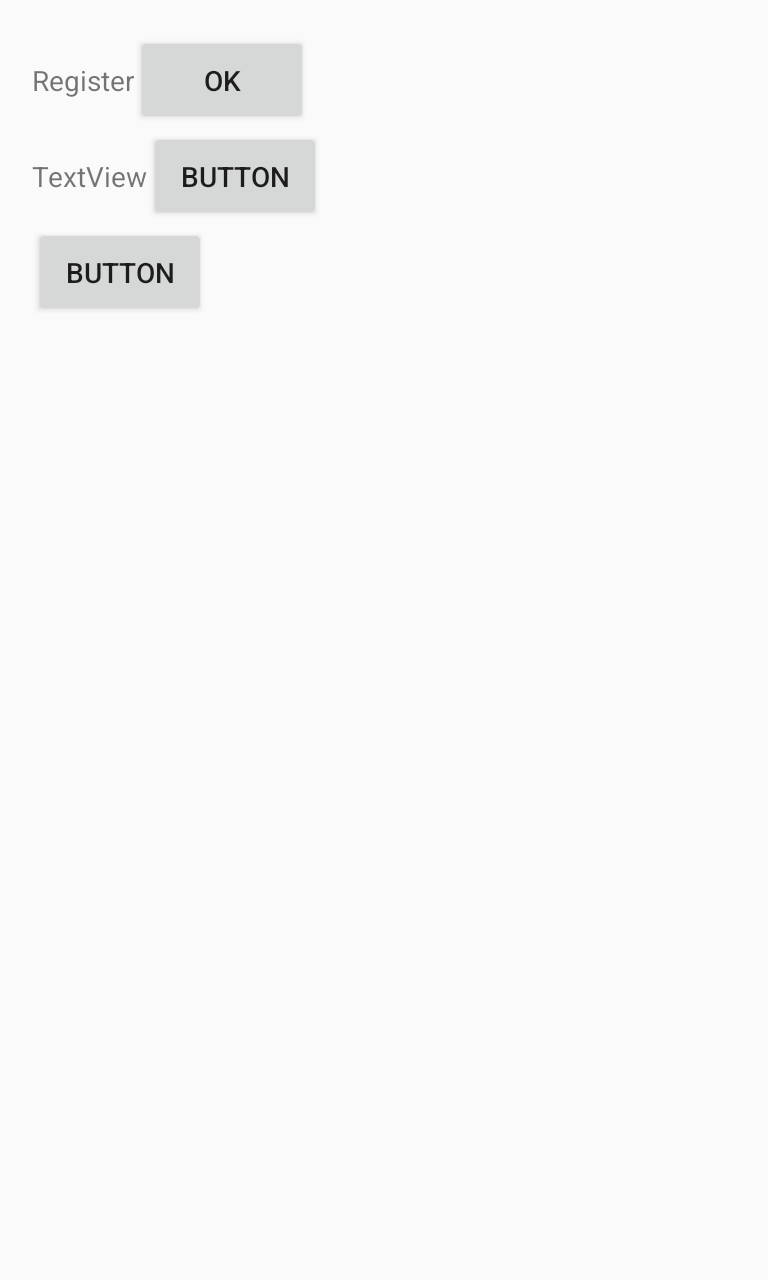
Repository: shivamgeek/Android-Code-Examples
Layout: Register/res/layout/activity_reg_log.xml
The author's editor kept a copy of each file at every save. The layout is drawn from the files as they stood at one save, then again after the next save.
It is drawn on a 768 x 1280 px phone screen (xhdpi) without system bars, with theme AppTheme; the app's code is not run.

Above is the layout before, as saved 2015-07-30 13:18:25.

### Register/res/layout/activity_reg_log.xml
<LinearLayout xmlns:android="http://schemas.android.com/apk/res/android"
    xmlns:tools="http://schemas.android.com/tools"
    android:layout_width="match_parent"
    android:layout_height="match_parent"
    android:orientation="vertical"
    android:paddingBottom="@dimen/activity_vertical_margin"
    android:paddingLeft="@dimen/activity_horizontal_margin"
    android:paddingRight="@dimen/activity_horizontal_margin"
    android:paddingTop="@dimen/activity_vertical_margin"
    tools:context="com.example.register.RegLog" >

    <LinearLayout
        android:layout_width="match_parent"
        android:layout_height="wrap_content" >

        <TextView
            android:id="@+id/textView1"
            android:layout_width="wrap_content"
            android:layout_height="wrap_content"
            android:text="Register" />

        <Button
            android:id="@+id/button1"
            android:layout_width="wrap_content"
            android:layout_height="wrap_content"
            android:text="@string/click" />

    </LinearLayout>

    <LinearLayout
        android:layout_width="match_parent"
        android:layout_height="wrap_content" >

        <TextView
            android:id="@+id/textView2"
            android:layout_width="wrap_content"
            android:layout_height="wrap_content"
            android:text="TextView" />

        <Button
            android:id="@+id/button2"
            android:layout_width="wrap_content"
            android:layout_height="wrap_content"
            android:text="Button" />

    </LinearLayout>

    <LinearLayout
        android:layout_width="match_parent"
        android:layout_height="wrap_content" >
    </LinearLayout>

    <Button
        android:id="@+id/button3"
        android:layout_width="wrap_content"
        android:layout_height="wrap_content"
        android:text="Button" />

</LinearLayout>

### Register/res/values/strings.xml
<?xml version="1.0" encoding="utf-8"?>
<resources>

    <string name="app_name">Register</string>
    <string name="hello_world">Hello world!</string>
    <string name="action_settings">Settings</string>
<string name="click">OK</string>
</resources>

Loaded but not shown: Register/res/values/styles.xml (common file); Register/res/values-v11/styles.xml (common file); Register/res/values-v14/styles.xml (common file); Register/res/values/dimens.xml (common file); Register/res/values-w820dp/dimens.xml (common file)

After the next save:
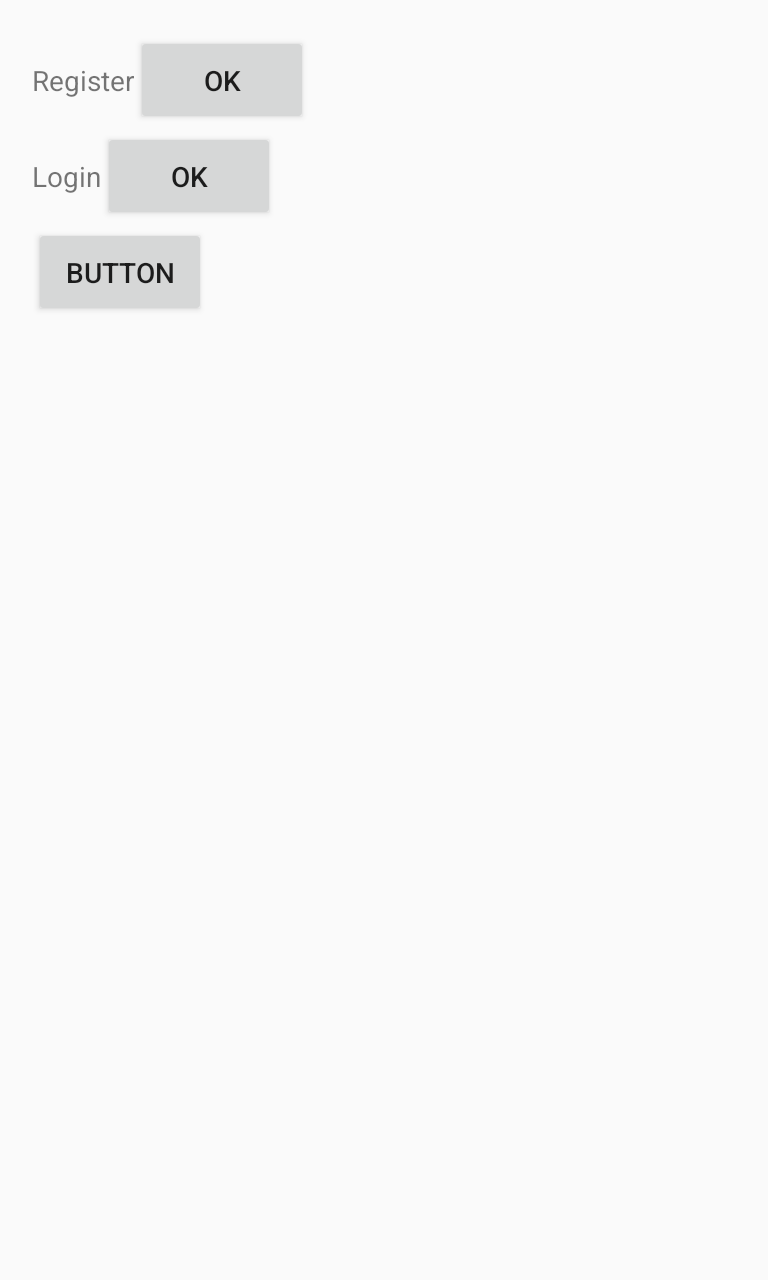
Saved 35 s later.
--- a/Register/res/layout/activity_reg_log.xml
+++ b/Register/res/layout/activity_reg_log.xml
@@ -35,13 +35,13 @@
             android:id="@+id/textView2"
             android:layout_width="wrap_content"
             android:layout_height="wrap_content"
-            android:text="TextView" />
+            android:text="Login" />
 
         <Button
             android:id="@+id/button2"
             android:layout_width="wrap_content"
             android:layout_height="wrap_content"
-            android:text="Button" />
+            android:text="@string/click" />
 
     </LinearLayout>
 
